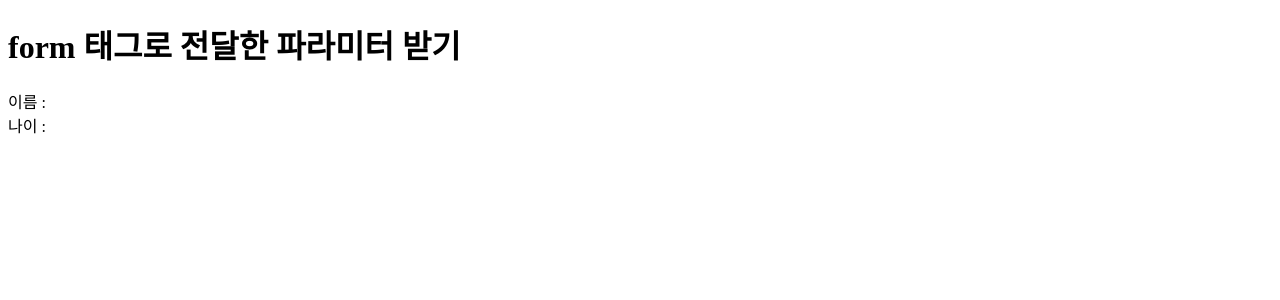
Repository: gajami-kim/240430_JSPJSTL_Study
Page: http://localhost/jstl_study/step-4.jsp
These files come from the project's save history. The page is drawn as it stood at one moment and after the next save; the edit follows.
The browser window is 1280 px wide. The pictures show the whole page.
The page is served by Tomcat 9. Other server files are loaded and not shown.

Above is the page before, as saved 2024-04-11 03:20:50.

### _jspl_workspace/jstl_study/src/main/webapp/step-4.jsp
<%@ page language="java" contentType="text/html; charset=UTF-8"
    pageEncoding="UTF-8"%>
    <%@ taglib uri="http://java.sun.com/jsp/jstl/core" prefix="c"%>
<!DOCTYPE html>
<html>
<head>
<meta charset="UTF-8">
<title>Insert title here</title>
</head>
<body>
	<h1>form 태그로 전달한 파라미터 받기</h1>
	이름 : ${param.name } <br>
	나이 : ${param.age } <br>

	<!-- c:if 이용하여 나이가 18이하면 미성년자입니다 출력 -->
	<c:if test="${param.age <= 18}">
		<h1>${param.name }은 미성년자 입니다.</h1>
	</c:if>
</body>
</html>

After the next save:
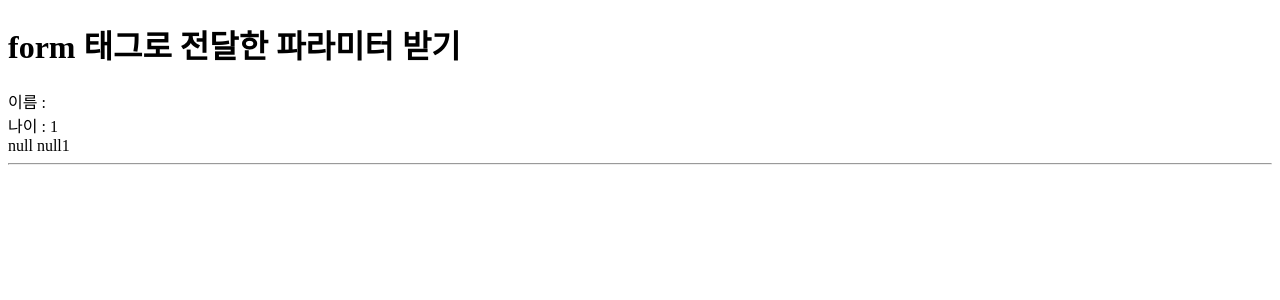
Saved 15 min 38 s later.
--- a/_jspl_workspace/jstl_study/src/main/webapp/step-4.jsp
+++ b/_jspl_workspace/jstl_study/src/main/webapp/step-4.jsp
@@ -10,11 +10,17 @@
 <body>
 	<h1>form 태그로 전달한 파라미터 받기</h1>
 	이름 : ${param.name } <br>
-	나이 : ${param.age } <br>
+	나이 : ${param.age+1 } <br>
+	<!-- 스크립틀릿 방식으로 파라미터 가져오기 -->
+	<%= request.getParameter("name") %>
+	<%= request.getParameter("age")+1 %>
 
 	<!-- c:if 이용하여 나이가 18이하면 미성년자입니다 출력 -->
 	<c:if test="${param.age <= 18}">
-		<h1>${param.name }은 미성년자 입니다.</h1>
+		<h3>${param.name }은 미성년자 입니다.</h3>
 	</c:if>
+
+	<hr>
+
 </body>
 </html>
